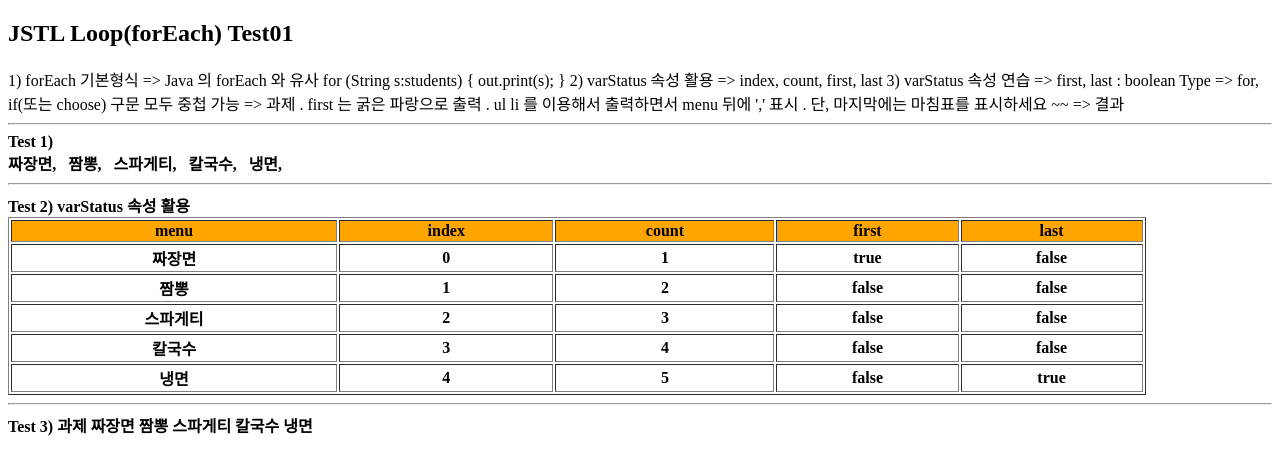
Repository: nameground/Java
Page: http://localhost/Web01/jsp05_JSTL/ex03_For01.jsp
An editor plug-in stored every save of this project. The page is shown before and after the next save, followed by the edit.
The browser window is 1280 px wide. The pictures show the whole page.
The page is served by Tomcat 9. Nobody is signed in. The application's start-up code is not run.

Above is the page before, as saved 2023-10-13 08:09:55.

After the next save:
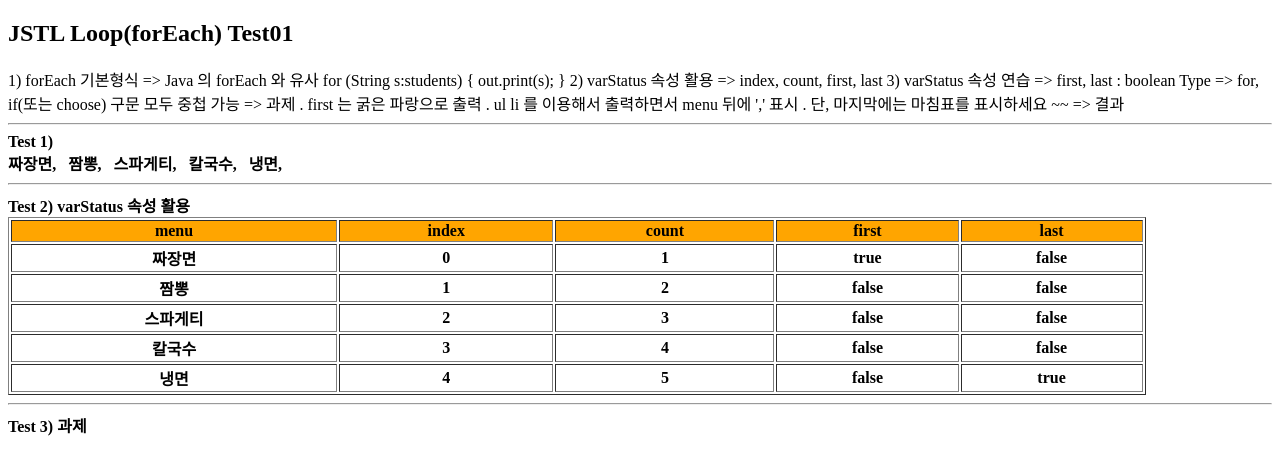
Saved 5 min 24 s later.
--- a/mTest/Mywork/Web01/src/main/webapp/jsp05_JSTL/ex03_For01.jsp
+++ b/mTest/Mywork/Web01/src/main/webapp/jsp05_JSTL/ex03_For01.jsp
@@ -57,7 +57,6 @@ Test 2) varStatus 속성 활용
 <hr>
 Test 3) 과제
 <c:forEach var="menu" items="${menuList}" varStatus="vs">
-	${menu}
 </c:forEach>
 </body>
 </html>
